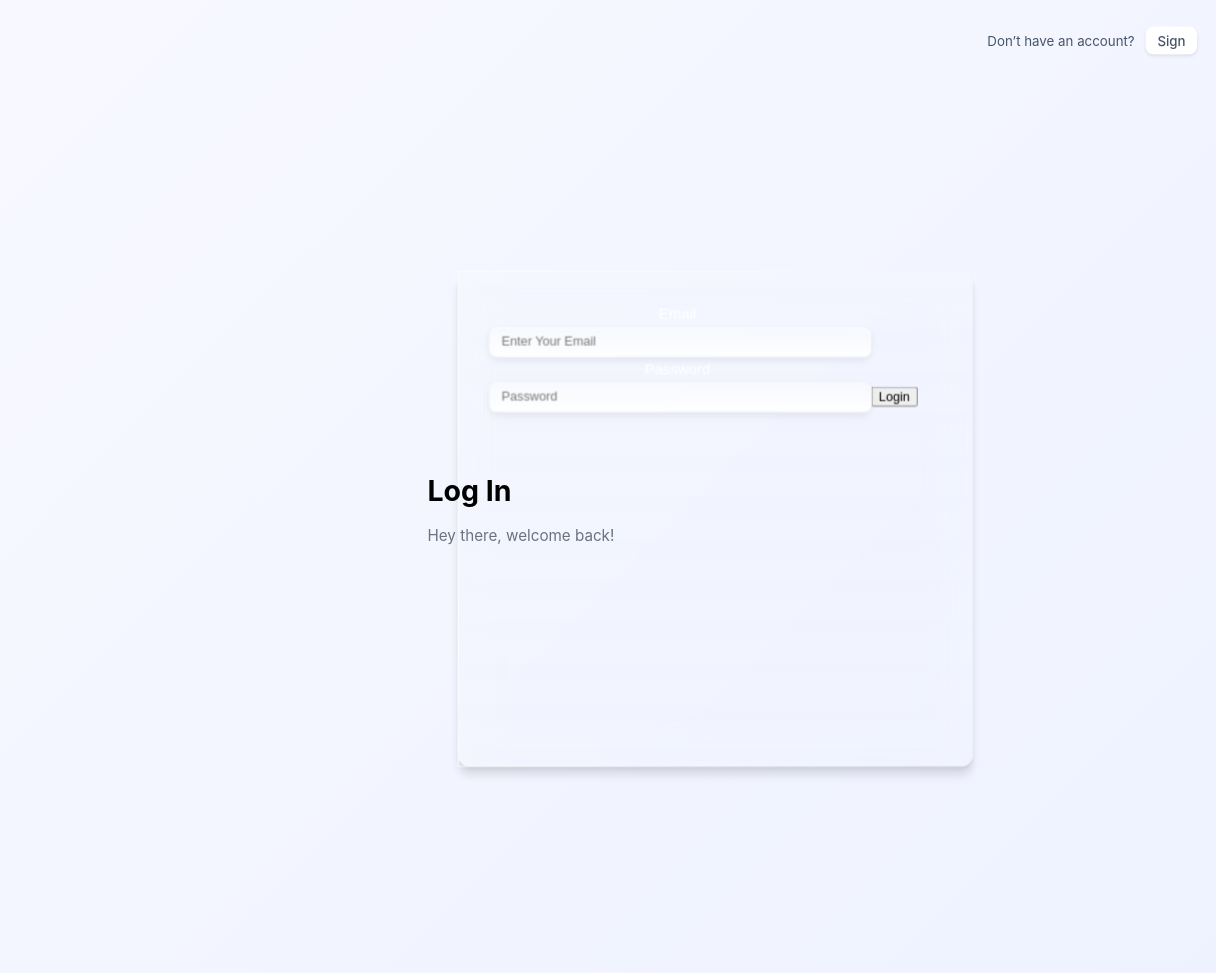
Repository: AfifaNoor/Admin_Panel-React-
Page: /
These files come from the project's save history. The page is drawn as it stood at one moment and after the next save; the edit follows.
The browser window is 1280 px wide. The pictures show the whole page, at 95% of full size.
The project was rebuilt for these pictures with package versions that can differ from the ones it lists, and the page was loaded fresh each time. Also part of the build but not shown: src/SignUp.jsx.

Above is the page before, as saved 2025-07-10 16:13:43.

After the next save:
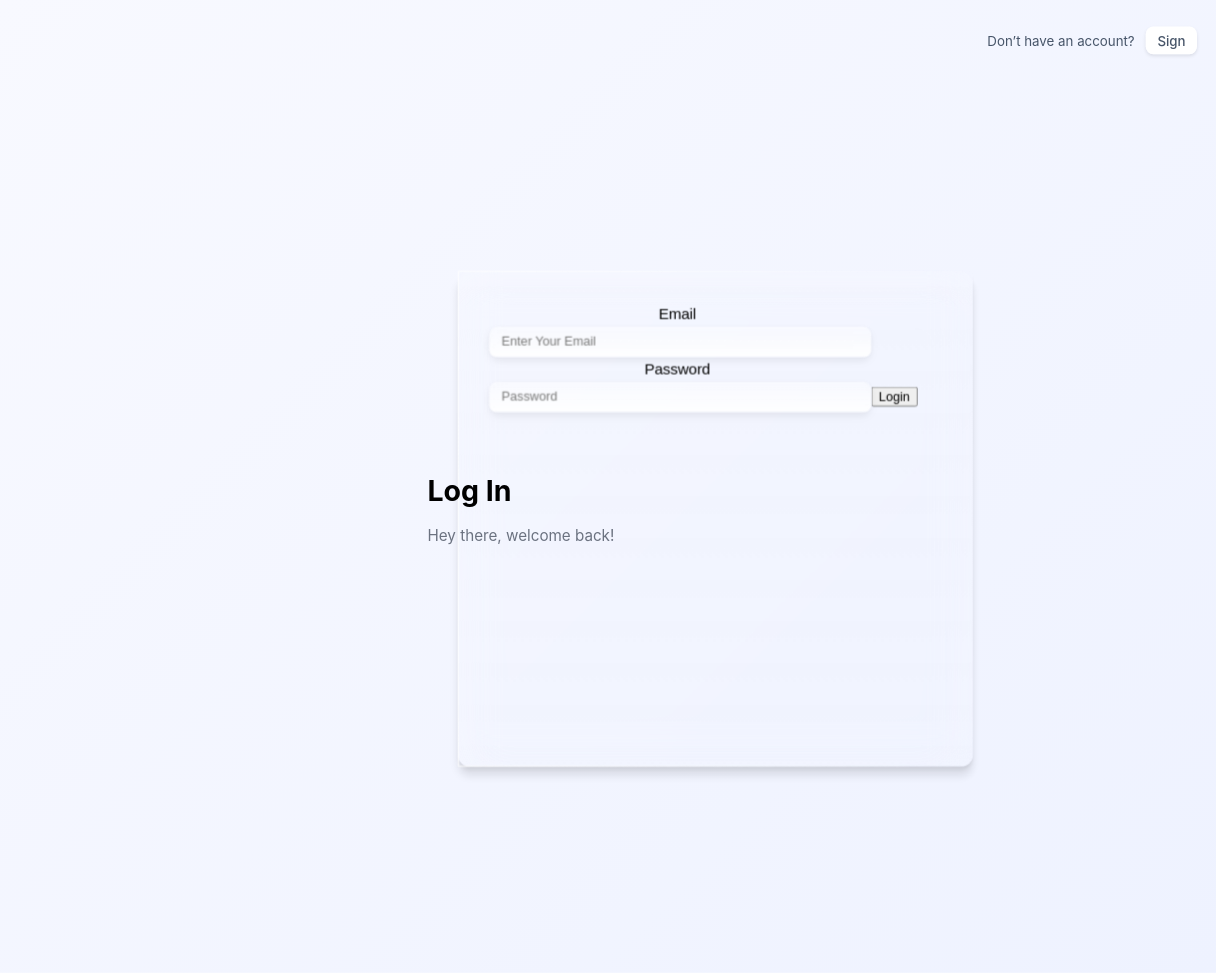
Saved 76 s later.
--- a/src/LoginPage.css
+++ b/src/LoginPage.css
@@ -36,7 +36,6 @@
 .signup-link:hover {
   background: #f0f0f0;
 }
-
 
 
 .title{
@@ -115,7 +114,7 @@ font-size: 16px;
 line-height: 22px;
 letter-spacing: -0.01em;
 
-color:#FFFFFF;
+color:black;
 
 
 border: none;
